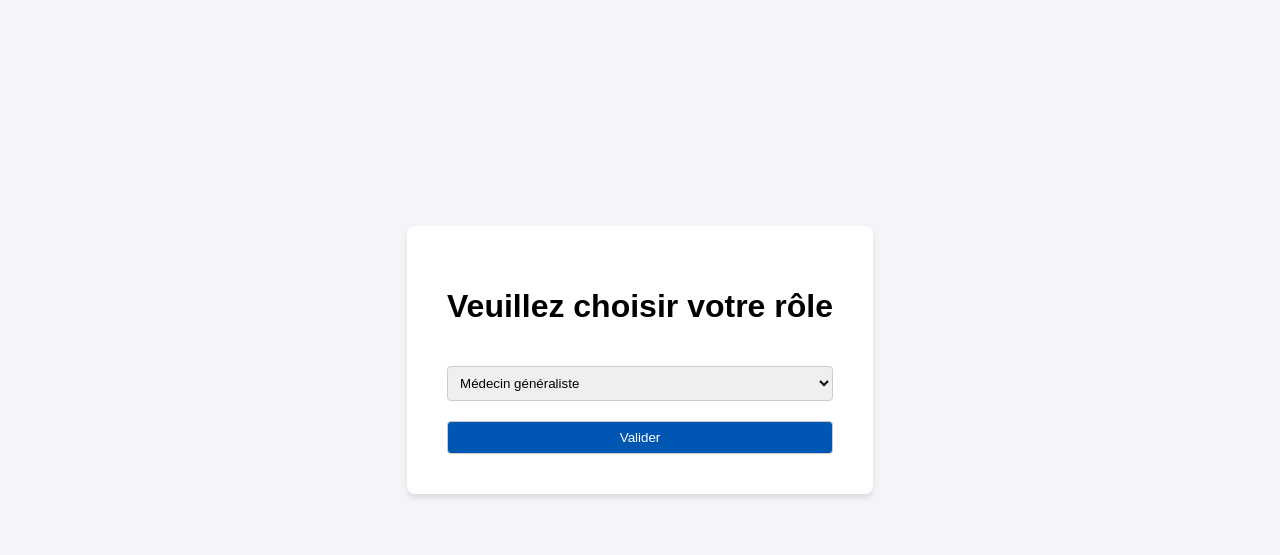
Repository: Yghlis/Wouf
Page: src/role/tableau.html
These files come from the project's save history. The page is drawn as it stood at one moment and after a run of saves; the edit follows.
The browser window is 1280 px wide. The pictures show the whole page.

Above is the page before, as saved 2024-04-24 14:29:29.
Not found: src/role/type=

### src/role/tableau.html
<!DOCTYPE html>
<html lang="fr">
<head>
    <meta charset="UTF-8">
    <title>Veuillez choisir votre rôle</title>
    <style>
        body {
            font-family: Arial, sans-serif;
            background-color: #f4f4f9;
            display: flex;
            justify-content: center;
            align-items: center;
            height: 100vh;
            margin: 0;
        }
        .container {
            background-color: white;
            padding: 40px;
            border-radius: 8px;
            box-shadow: 0 4px 6px rgba(0,0,0,0.1);
        }
        select, button {
            width: 100%;
            padding: 8px;
            margin-top: 20px;
            border-radius: 4px;
            border: 1px solid #ccc;
        }
        button {
            background-color: #0056b3;
            color: white;
            cursor: pointer;
        }
        button:hover {
            background-color: #004494;
        }
    </style>
</head>
<body>
    <div class="container">
        <h1>Veuillez choisir votre rôle</h1>
        <select id="roleSelect">
            <option value="generaliste">Médecin généraliste</option>
            <option value="pediatre">Pédiatre</option>
            <option value="cardiologue">Cardiologue</option>
            <option value="dermatologue">Dermatologue</option>
        </select>
        <button onclick="submitRole()">Valider</button>
    </div>
    <script src ="type="module">
        import { } from "https://unpkg.com/@workadventure/scripting-api-extra@%5E1";
        function submitRole() {
            WA.chat.sendChatMessage('Hello world', 'Mr Robot');
        }
    </script>
</body>
</html>

After the next 3 saves:
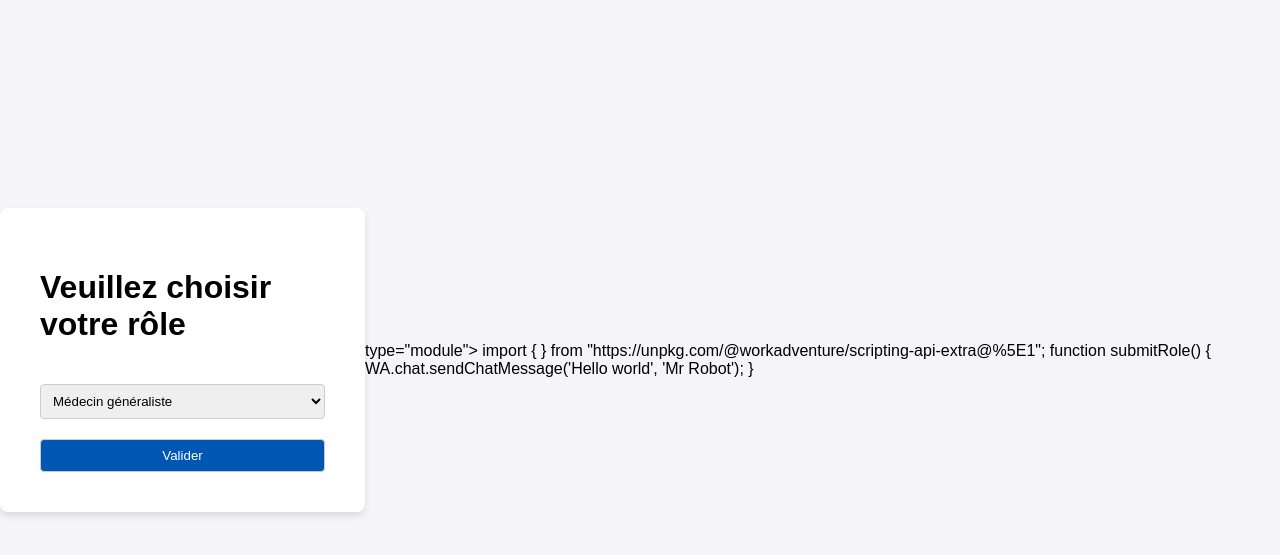
Not found: src/role/test.js
The 3 saves are shown as one change because they came seconds apart.
The last was saved 14 s later.
--- a/src/role/tableau.html
+++ b/src/role/tableau.html
@@ -47,7 +47,7 @@
         </select>
         <button onclick="submitRole()">Valider</button>
     </div>
-    <script src ="type="module">
+    <script src ="./test.js"></script>type="module">
         import { } from "https://unpkg.com/@workadventure/scripting-api-extra@%5E1";
         function submitRole() {
             WA.chat.sendChatMessage('Hello world', 'Mr Robot');

After the 2 saves that followed:
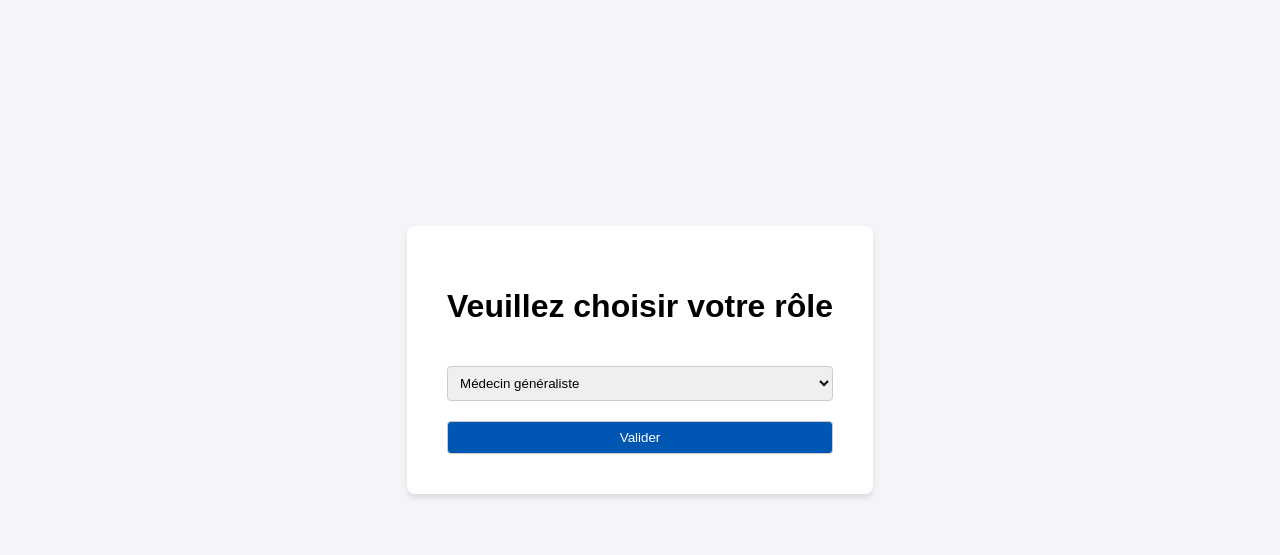
The 2 saves are shown as one change because they came seconds apart.
The last was saved 6 s later.
--- a/src/role/tableau.html
+++ b/src/role/tableau.html
@@ -47,7 +47,7 @@
         </select>
         <button onclick="submitRole()">Valider</button>
     </div>
-    <script src ="./test.js"></script>type="module">
+    <script src ="./test.js">type="module">
         import { } from "https://unpkg.com/@workadventure/scripting-api-extra@%5E1";
         function submitRole() {
             WA.chat.sendChatMessage('Hello world', 'Mr Robot');
